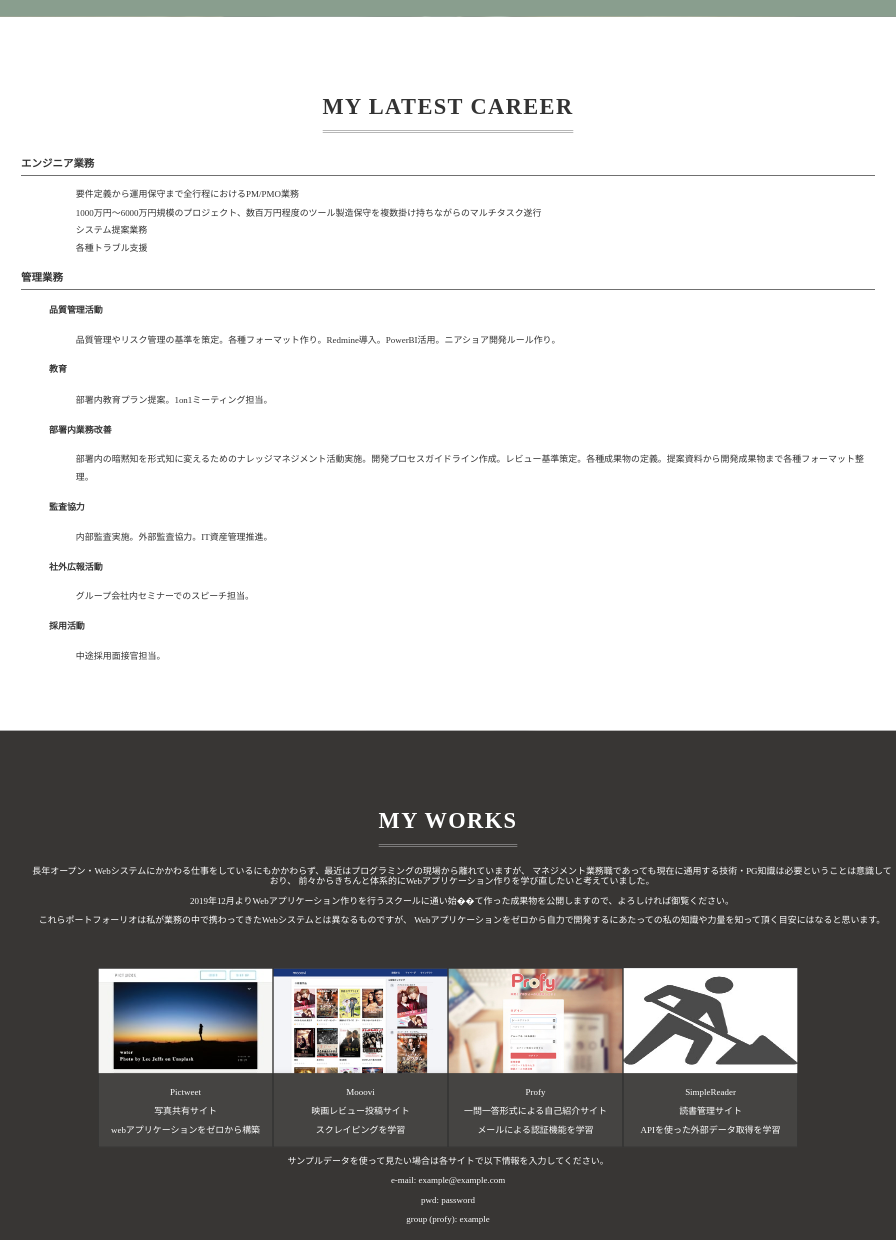
Repository: dackelteckel/myworks
Page: index.html
The author's editor kept a record of every edit. The page is drawn from the files as they stood at one moment, then again after the next edit.
The browser window is 1280 px wide. The pictures show the part of the page from y = 1530 to 3450 px (the page is 3302 px tall before and 3450 px after), at 70% of full size.
Backgrounds fixed to the window are drawn as part of the page.

Above is the page before.

### index.html
<!DOCTYPE html>
<html>

<head>
  <meta charset="UTF-8">
  <title>Who I am...</title>
  <link rel="stylesheet" href="normalize.css">
  <link rel="stylesheet" href="style.css">
  <link rel="stylesheet" href="responsive.css">

  <!--<script type="text/javascript" charset="UTF-8">-->
  <!--  $('#contact-form').submit(function(event){-->
      <!--//submit実行を止める-->
  <!--    event.preventDefault();-->
  <!--    var $form = $(this);-->
  <!--    var $button = $form.find('.send-btn');-->
  <!--    $.ajax({-->
  <!--      url:$form.attr('action'),-->
  <!--      type:$form.attr('method'),-->
  <!--      data: $form.serialize(),-->
        <!--//10秒でタイムアウト-->
  <!--      timeout:10000,-->
        <!--//重複送信を避けるためにボタンを無効化-->
  <!--      beforeSend: function(xhr, settings) {-->
  <!--          $button.attr('disabled', true);-->
  <!--      },-->
        <!--//完了後ボタンを押せるように-->
  <!--      complete: function(xhr, textStatus) {-->
  <!--          $button.attr('disabled', false);-->
  <!--      }-->
  <!--    }).done(function(data, textStatus, jqXHR){-->
        <!--// 成功時の処理-->
        <!--//フォームを初期化-->
  <!--      $form[0].reset();-->
  <!--      $(".contact-result").text(data);-->
  <!--      $(".contact-result").slideToggle(200);-->
  <!--      $(".contact-result").delay(3000).slideToggle(200);-->
  <!--    }).fail(function(jqXHR, textStatus, errorThrown){-->
        <!--失敗時の処理-->
  <!--      $(".contact-result").text("エラーが発生しました。ステータス：" + jqXHR.status);-->
  <!--      $(".contact-result").slideToggle(200);-->
  <!--      $(".contact-result").delay(3000).slideToggle(200);-->
  <!--    });-->
  <!--  });-->
  <!--</script>-->
</head>

<body>
  <header class="header">
    <p class="site-title-sub">----- my portfolio -----</p>
    <h1 class="site-title">Who I am...</h1>
    <p class="site-description">check out my career and some of my works.</p>
    <div class="buttons">
      <a class="button" href="#reasons">WHAT I'M LOOKING FOR</a>
      <a class="button" href="#career">LATEST CAREER</a>
      <a class="button" href="#works">MY WORKS</a>
      <!--<a class="button button-orange" href="#contact">SEND MESSAGE</a>-->
      <a class="button button-orange" href="mailto:nrkktok@gmail.com">Drop Me a LINE</a>
    </div>
  </header>

  <section class="reasons" id="reasons">
    <h2 class="heading">3 REASONS WHY I'M LOOKING FOR A NEW JOB</h2>
    <dev class="reasons-text">
<!--第一の基準は、学べることが多い仕事をすることでした。-->
<!--その仕事をすることで、長期的に自分を成長させることができるのか、ということです。-->
<!--第二の基準は、仕事以外の優先事項にも取り組めることでした。-->
<!--知的な活動や充実したプライベート、自由な暮らしを続けられるのか、ということです。-->
<!--そして第三の基準は、自分が幸福になれる仕事をすることでした。-->
<!--不満を抱えながら、いい仕事をすることはできないと考えています-->
      <h3>職場環境</h3>
      <ul>
        <li>
          同僚同士お互いを尊重し、協力しあうことができる健やかな組織で働きたいと考えています。
        </li>
      </ul>
      <h3>学び</h3>
      <ul>
        <li>
          <p>
            新卒時代のプログラミング経験から徐々に上流工程への経験を積んで、ここ10年程PM業務に携わっています。<br>
            チームメンバーが成果を出すためのサポートをするマネジメント業務には大変やりがいを感じています。
          </p>
          <p>
            一方、現職では金融機関で使われる小中規模システム開発を行っていますが、
            残念ながら業務知識不要・レガシー技術メインのツール開発が殆どであることから、
            現在の仕事を続けることで長期的に自分を成長させることができるのか、疑問を持つようになりました。
          </p>
          <p>
          「この疑問を解消し、少しでもIT業務で価値ある存在でありたい」という気持ちと、
          「マネジメント業務職であっても現在に通用する技術・PG知識は絶対必要」という考えから、
          2019年12月よりWebアプリケーション作りを行うスクールに通い始めました。
          </p>
          <p>
            成果物を<a href="#works">MY WORKS</a>で公開していますので、よろしければ御覧ください。<br>
            これらポートフォーリオは私が業務の中で携わってきたWebシステムとは異なるものですが、
            Webアプリケーションをゼロから自力で開発するにあたっての私の知識や力量を知って頂く目安にはなると思います。
          </p>
        </li>
      </ul>
      <h3>ライフワークバランス</h3>
      <ul>
        <li>
          <p>
            知的な活動や充実したプライベートを送ることで、良い仕事、社会貢献をすることができると考えています。
          「勉強する時間」「運動する体力」「健康的な食事」を大事にすることができる環境に身を置きたいと考えています。
          </p>
        </li>
      </ul>
    </dev>
  </section>

  <section class="career" id="career">
    <h2 class="heading">MY LATEST CAREER</h2>
    <dev class="career-text">
      <h3>エンジニア業務</h3>
      <ul>
        <li>要件定義から運用保守まで全行程におけるPM/PMO業務</li>
        <li>1000万円〜6000万円規模のプロジェクト、数百万円程度のツール製造保守を複数掛け持ちながらのマルチタスク遂行</li>
        <Li>システム提案業務</Li>
        <Li>各種トラブル支援</Li>
      </ul>
      <h3>管理業務</h3>
      <ul>
        <h4>品質管理活動</h4>
        <li>品質管理やリスク管理の基準を策定。各種フォーマット作り。Redmine導入。PowerBI活用。ニアショア開発ルール作り。</li>
        <h4>教育</h4>
        <li>部署内教育プラン提案。1on1ミーティング担当。</li>
        <h4>部署内業務改善</h4>
        <li>部署内の暗黙知を形式知に変えるためのナレッジマネジメント活動実施。開発プロセスガイドライン作成。レビュー基準策定。各種成果物の定義。提案資料から開発成果物まで各種フォーマット整理。</li>
        <h4>監査協力</h4>
        <li>内部監査実施。外部監査協力。IT資産管理推進。</li>
        <h4>社外広報活動</h4>
        <li>グループ会社内セミナーでのスピーチ担当。</li>
        <h4>採用活動</h4>
        <li>中途採用面接官担当。</li>
      </ul>
    </dev>
  </section>

  <section class="works" id="works">
    <h2 class="heading">MY WORKS</h2>
      <ul>
        <li>
          長年オープン・Webシステムにかかわる仕事をしているにもかかわらず、最近はプログラミングの現場から離れていますが、
          マネジメント業務職であっても現在に通用する技術・PG知識は必要ということは意識しており、
          前々からきちんと体系的にWebアプリケーション作りを学び直したいと考えていました。
        </li>
      </ul>
      <ul>
        <li>
          2019年12月よりWebアプリケーション作りを行うスクールに通い始��て作った成果物を公開しますので、よろしければ御覧ください。
        </li>
      </ul>
      <ul>
        <li>
          これらポートフォーリオは私が業務の中で携わってきたWebシステムとは異なるものですが、
          Webアプリケーションをゼロから自力で開発するにあたっての私の知識や力量を知って頂く目安にはなると思います。
        </li>
      </ul>

      </p>
    </div>
    <div class="works-wrapper">
      <div class="work-box">
        <a href="https://dackelteckelpictweet.herokuapp.com/" target="_blank" rel="noopener noreferrer"><img class="work-image" src="images/pictweet.jpg"></a>
        <div class="work-description">
          <p>Pictweet<p>
          <p>写真共有サイト</p>
          <p>webアプリケーションをゼロから構築</p>
        </div>
      </div>
      <div class="work-box">
        <a href="https://dackelteckelmooovi.herokuapp.com/" target="_blank" rel="noopener noreferrer"><img class="work-image" src="images/mooovi.jpg"></a>
        <div class="work-description">
          <p>Mooovi<p>
          <p>映画レビュー投稿サイト</p>
          <p>スクレイピングを学習</p>
        </div>
      </div>

      <div class="work-box">
        <a href="https://dackelteckelprofy.herokuapp.com/" target="_blank" rel="noopener noreferrer"><img class="work-image" src="images/profy.jpg"></a>
        <div class="work-description">
          <p>Profy<p>
          <p>一問一答形式による自己紹介サイト</p>
          <p>メールによる認証機能を学習</p>
        </div>
      </div>
      <div class="work-box">
        <!--<img class="work-image" src="images/wip.jpeg" height="50" width="50">-->
        <img class="work-image" src="images/wip.jpeg" width="10" height="150">
        <div class="work-description">
          <p>SimpleReader<p>
          <p>読書管理サイト</p>
          <p>APIを使った外部データ取得を学習</p>
        </div>
      </div>
    </div>
    <div>
      <p>サンプルデータを使って見たい場合は各サイトで以下情報を入力してください。</p>
      <o>e-mail: example@example.com</o>
      <p>pwd: password</p>
      <p>group (profy): example</p>
    </div>
  </section>

  <!--<section class="contact" id="contact">-->
    <!--<h2 class="heading">DROP ME A LINE</h2>-->
    <!--<form class="contact-form" id="contact-form" action="contact.php" method="post">-->
    <!--  <input type="text" name="name" placeholder="NAME" required>-->
    <!--  <input type="email" name="email" placeholder="E-MAIL ADDRESS" required>-->
    <!--  <textarea name="message" placeholder="MESSAGE"></textarea>-->
    <!--  <textarea type="text" name="message" placeholder="MESSAGE" required></textarea>-->
    <!--  <input type="submit" value="SEND" class="send-btn" id="submit">-->
    <!--  <input type="submit" value="SEND" class="send-btn" id="submit">-->
    <!--</form>-->
  <!--</section>-->
</body>
</html>

### style.css
* {
  box-sizing: border-box;
  list-style: none;
}

body {
  color: #fff;
  text-align: center;
  font-size: 0.8rem;
  background: url('images/bg.jpg') fixed;
  background-size: cover;
}

.header {
  padding: 170px 30px 80px;
  /*height: 100vh;*/
  background-color: rgba(0, 0, 128, 0.8);
}

.site-title-sub {
  margin: 0 0 30px;
  color: #888;
  letter-spacing: 1px;
  font-size: 1.2rem;
}

.site-title {
  margin: 50px;
  font-size: 3.5rem;
}

.site-description {
  margin-bottom: 75px;
  color: #888;
  font-size: 1.2rem;
}

.buttons {
  display: flex;
  justify-content: center;
  padding-bottom: 50px
}

.button {
  width: 200px;
  padding: 20px;
  margin: 10px;
  border-radius: 4px;
  background-color: #afa58d;
  color: #fff;
  text-decoration: none;
  letter-spacing: 1px;
  font-size: 0.7rem;
}

.button:hover {
  opacity: 0.9;
}

.button-orange {
  background-color: #f1b400;
}

.heading {
  display: inline-block;
  margin: 30px 0 15px;
  padding-bottom: 15px;
  letter-spacing: 2px;
  font-size: 2rem;
  border-bottom: double 4px #999;
}

.reasons {
  /*height: 100vh;*/
  /*background-color: #383634;*/
  background-color: rgb(137, 158, 142);
  padding: 80px 30px;
  /*color: #333;  */
}

.reasons-text {
  text-align: left;
  width: 600px;
  margin: 30px auto;
  line-height: 2.5;
}

.reason-text h3 {
  padding-top: 20px;
}

/*.note:before {*/
/*  content: "*";*/
/*}*/

.career {
  /*height: 100vh;*/
  background-color: #ffffff;
  padding: 80px 30px;
  color: #333;
}

.career-text {
  text-align: left;
  width: 600px;
  margin: 30px auto;
  line-height: 2;
}

.career-text h3 {
  border-bottom: 1px solid #333;
}

.career-text li {
  padding-left: 3em;
}

.works {
  /*height: 100vh;*/
  background-color: #383634;
  padding: 80px 0 10px;
}

.works-text {
  text-align: left;
  width: 1000px;
  margin: 60px auto 0;
  line-height: 2.5;
}

.works-wrapper {
  display: table;
  /*width: 860px;*/
  width: 1000px;
  margin: 60px auto 0;
  table-layout: fixed;
}

.work-box {
  display: table-cell;
  background-color: rgba(100, 100, 100, 0.3);
  border: 1px solid #333;
}

.work-image {
  display: block;
  width: 100%;
}

.work-description {
  margin: 20px 0;
  height: 65px;
}

/*.work-description .button {*/
/*  width: 60%;*/
/*  margin-top: 20px;*/
/*  padding: 3px;*/
/*  display: inline-block;*/
/*}*/

.sample-data-info {
  text-align: left;
}

.button-ghost {
  border: 2px solid #fff;
  background-color: rgba(255, 255, 255, 0.15);
}

.contact {
  height: 100vh;
  background-color: rgba(0, 0, 128, 0.8);
  padding: 80px 0 150px;
}


.contact-form {
  width: 50%;
  margin: 50px auto 0;
}

.contact-form input[type=text], .contact-form input[type=email], .contact-form textarea {
  display: block;
  width: 100%;
  margin-bottom: 10px;
  padding: 15px;
  outline: none;
  border: 1px solid rgba(255, 255, 255, 0.8);
  border-radius: 0;
  color: #333;
}

.contact-form textarea {
  height: 150px;
}

.contact-form input[type=submit] {
  display: block;
  width: 200px;
  margin: 40px auto 0;
  padding: 15px;
  border: 1px solid rgba(255, 255, 255, 0.8);
  border-radius: 5px;
  background-color: transparent;
  color: #fff;
  cursor: pointer;
}

.contact-form input[type=submit]:hover {
  background-color: rgba(255, 255, 255, 0.05);
}

Loaded but not shown: normalize.css (library); responsive.css (no copy from this time; the picture is the same without it)

After the next edit:
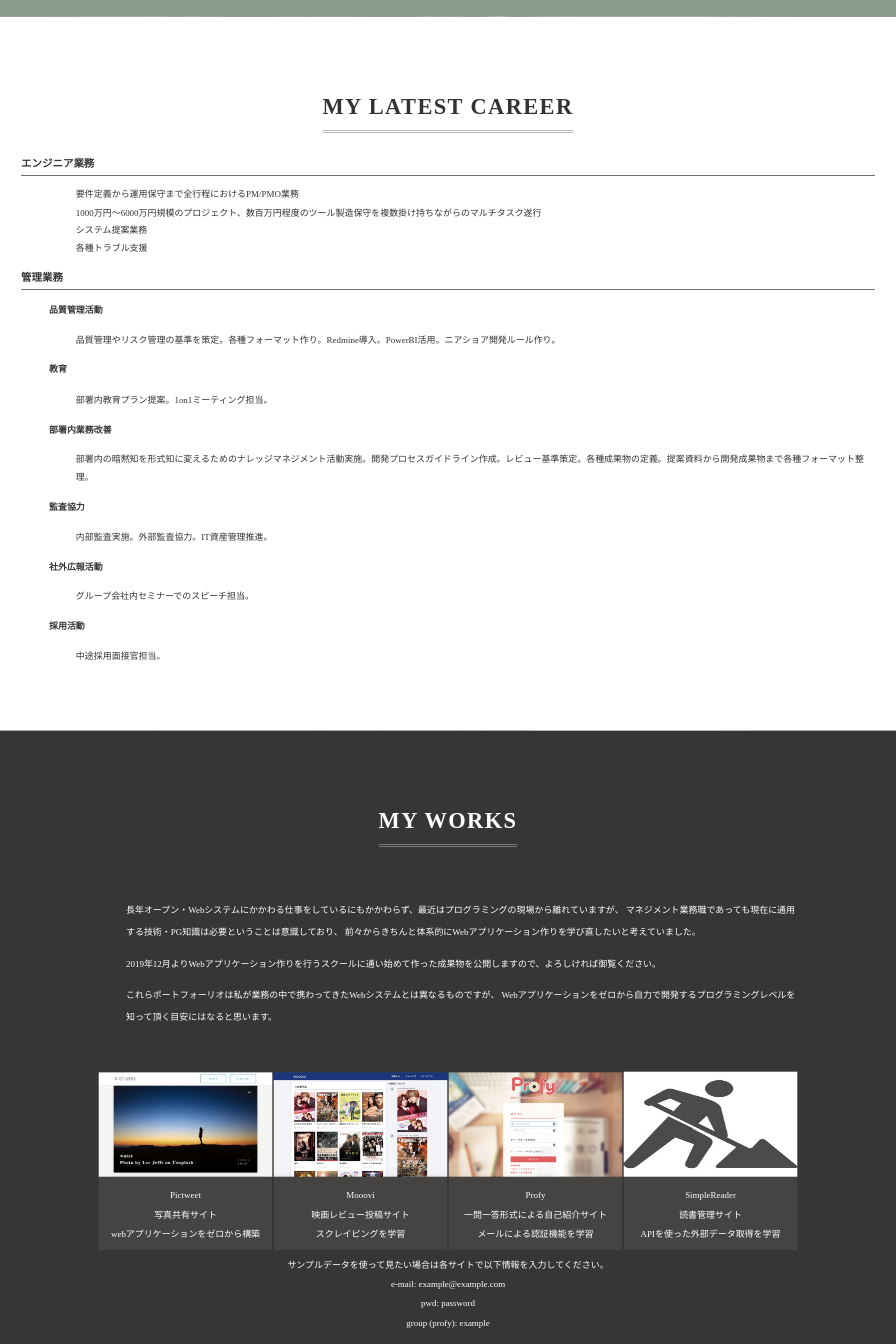
The edit:
--- a/index.html
+++ b/index.html
@@ -140,26 +140,25 @@
 
   <section class="works" id="works">
     <h2 class="heading">MY WORKS</h2>
-      <ul>
-        <li>
-          長年オープン・Webシステムにかかわる仕事をしているにもかかわらず、最近はプログラミングの現場から離れていますが、
-          マネジメント業務職であっても現在に通用する技術・PG知識は必要ということは意識しており、
-          前々からきちんと体系的にWebアプリケーション作りを学び直したいと考えていました。
-        </li>
-      </ul>
-      <ul>
-        <li>
-          2019年12月よりWebアプリケーション作りを行うスクールに通い始��て作った成果物を公開しますので、よろしければ御覧ください。
-        </li>
-      </ul>
-      <ul>
-        <li>
-          これらポートフォーリオは私が業務の中で携わってきたWebシステムとは異なるものですが、
-          Webアプリケーションをゼロから自力で開発するにあたっての私の知識や力量を知って頂く目安にはなると思います。
-        </li>
-      </ul>
-
-      </p>
+    <div class="works-text">
+    <ul>
+      <li>
+        長年オープン・Webシステムにかかわる仕事をしているにもかかわらず、最近はプログラミングの現場から離れていますが、
+        マネジメント業務職であっても現在に通用する技術・PG知識は必要ということは意識しており、
+        前々からきちんと体系的にWebアプリケーション作りを学び直したいと考えていました。
+      </li>
+    </ul>
+    <ul>
+      <li>
+        2019年12月よりWebアプリケーション作りを行うスクールに通い始めて作った成果物を公開しますので、よろしければ御覧ください。
+      </li>
+    </ul>
+    <ul>
+      <li>
+        これらポートフォーリオは私が業務の中で携わってきたWebシステムとは異なるものですが、
+        Webアプリケーションをゼロから自力で開発するプログラミングレベルを知って頂く目安にはなると思います。
+      </li>
+    </ul>
     </div>
     <div class="works-wrapper">
       <div class="work-box">
